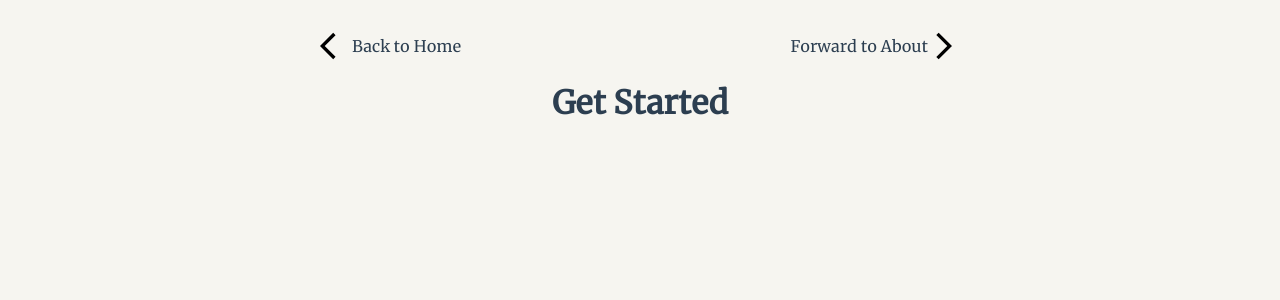
Repository: 321paranoiawhy/2048
Page: /get-started
These files come from the project's save history. The page is drawn as it stood at one moment and after the next save; the edit follows.
The browser window is 1280 px wide. The pictures show the whole page.
The project was rebuilt for these pictures with package versions that can differ from the ones it lists, and the page was loaded fresh each time. Also part of the build but not shown: vue.config.js, src/components/footer.vue.

Above is the page before, as saved 2022-04-29 22:16:21.

### src/App.vue
<template>
    <router-view />
</template>

<style lang="scss">
// 字体
@font-face {
    font-family: Merriweather-Regular;
    src: url(/src/assets/fonts/Merriweather-Regular.ttf);
}
#app {
    font-family: Merriweather-Regular;
    -webkit-font-smoothing: antialiased;
    -moz-osx-font-smoothing: grayscale;
    text-align: center;
    color: #2c3e50;
}
// 网页背景色 https://manuelmoreale.com/
html {
    background-color: #f6f5f0;
    scroll-behavior: smooth;
}
nav {
    padding: 30px;

    a {
        font-weight: bold;
        color: #2c3e50;

        &.router-link-exact-active {
            color: #42b983;
        }
    }
}
</style>

### src/views/GetStartedView.vue
<template>
    <div class="container">
        <div class="back-forward">
            <div>
                <img src="../assets/images/IcBaselineArrowBackIos.svg" alt="" />
                <span>Back to Home</span>
            </div>
            <div>
                <span>Forward to About</span>
                <img
                    src="../assets/images/IcBaselineArrowForwardIos.svg"
                    alt=""
                />
            </div>
        </div>
        <h1>Get Started</h1>
    </div>
</template>

<style lang="scss" scoped>
$width-height: 32px;
div .container {
    width: calc(50vw);
    margin: 30px auto;
}
div .back-forward {
    display: flex;
    justify-content: space-between;
    align-items: center;
    & div {
        display: flex;
        justify-content: center;
        align-items: center;
    }
}
</style>

Loaded but not shown: public/index.html (common file); src/main.js (common file); src/store/index.js (common file); src/router/index.js (41 lines, source omitted); src/views/HomeView.vue (1184 lines, source omitted)

After the next save:
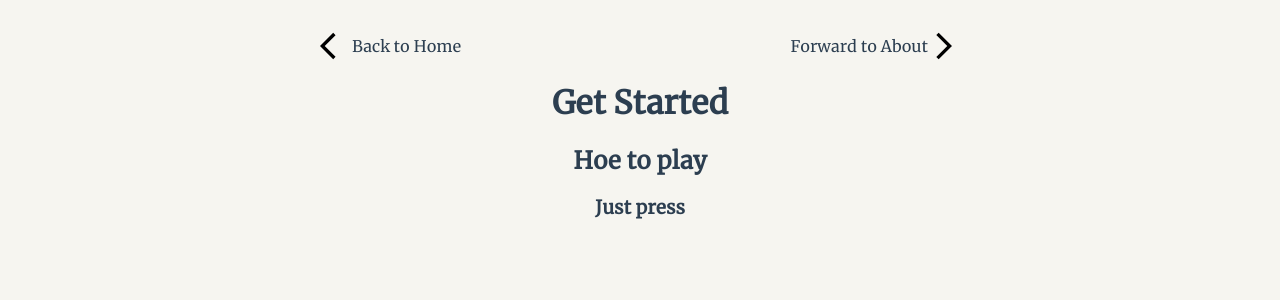
Saved 96 s later.
--- a/src/views/GetStartedView.vue
+++ b/src/views/GetStartedView.vue
@@ -14,6 +14,8 @@
             </div>
         </div>
         <h1>Get Started</h1>
+        <h2>Hoe to play</h2>
+        <h3>Just press</h3>
     </div>
 </template>
 
